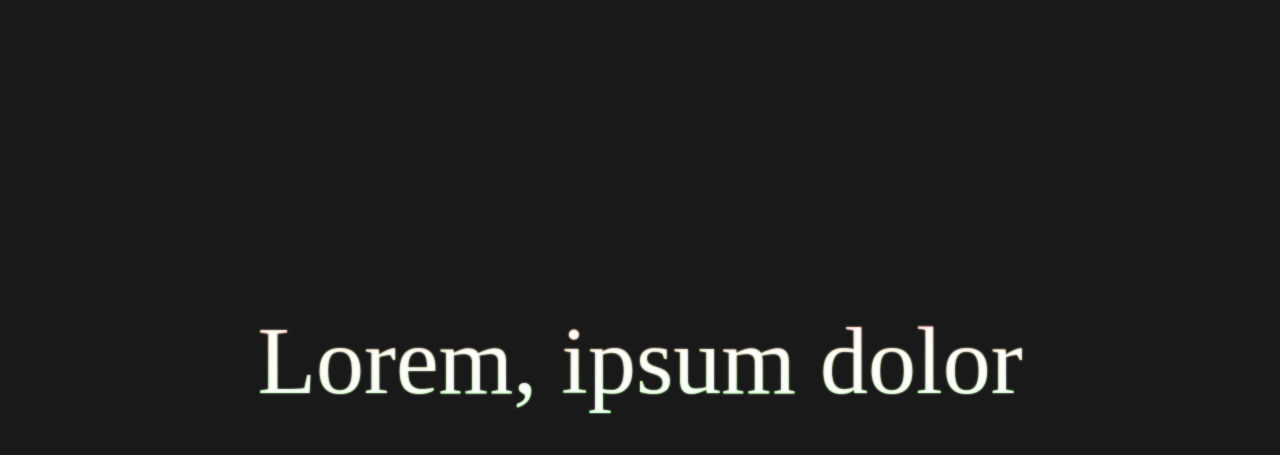
Repository: zuuo/--
Page: 文字颜色跑马灯/index.html
These files come from the project's save history. The page is drawn as it stood at one moment and after a run of saves; the edit follows.
The browser window is 1280 px wide. The pictures show the whole page.
The style sheet was rebuilt from its Sass, Less or Tailwind sources for each picture, by a compiler version that may differ from the author's.

Above is the page before, as saved 2024-02-29 21:39:41.

After the next 2 saves:
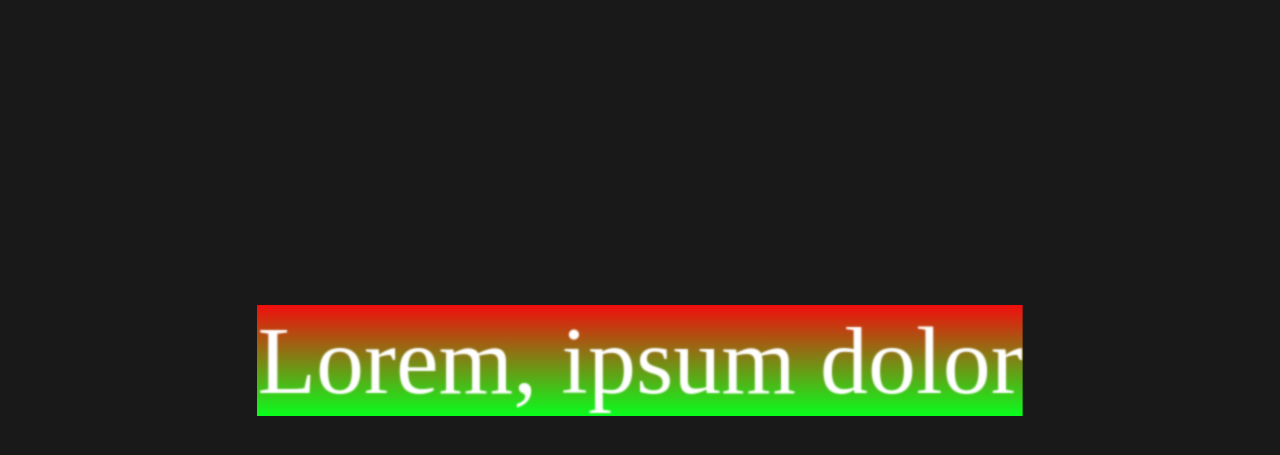
The 2 saves are shown as one change because they came seconds apart.
The last was saved 8 s later.
--- a/文字颜色跑马灯/style.less
+++ b/文字颜色跑马灯/style.less
@@ -17,7 +17,7 @@
         color: transparent;
         background-image: linear-gradient(to top, #09fd1d, #f10d0d);
         background-position: center;
-        background-clip: text;
-        -webkit-background-clip: text;
+        // background-clip: text;
+        // -webkit-background-clip: text;
     }
 }
